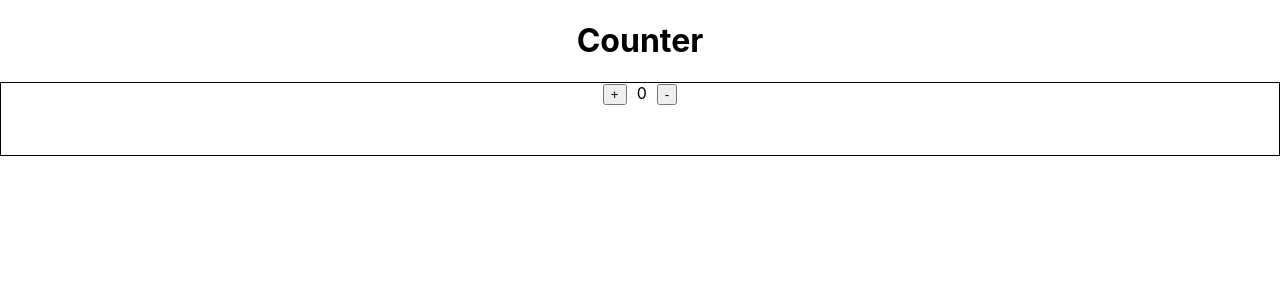
Repository: vsangavi/Redux-Counter
Page: /
An editor plug-in stored every save of this project. The page is shown before and after the next save, followed by the edit.
The browser window is 1280 px wide. The pictures show the whole page.
The project was rebuilt for these pictures with package versions that can differ from the ones it lists, and the page was loaded fresh each time.

Above is the page before, as saved 2020-10-02 16:43:28.

After the next save:
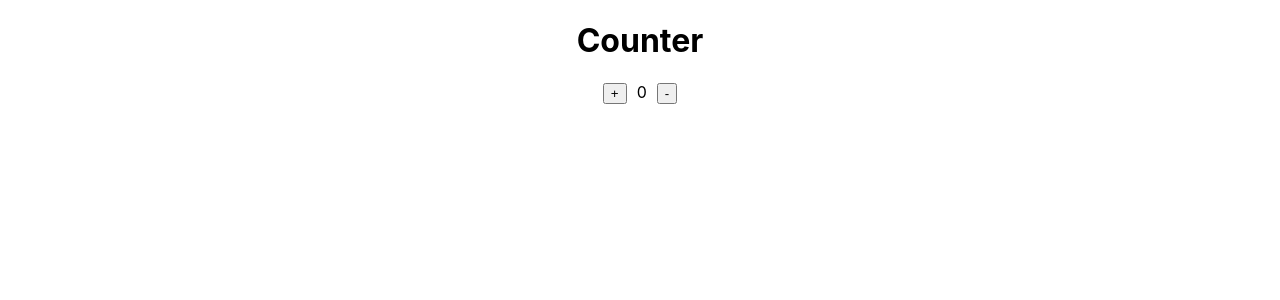
Saved 7 s later.
--- a/src/App.css
+++ b/src/App.css
@@ -5,6 +5,6 @@ span {
   margin: 10px 10px;
 }
 .outerDiv {
-  height: 10vh;
+  height: 100px
   border: 1px solid;
 }
